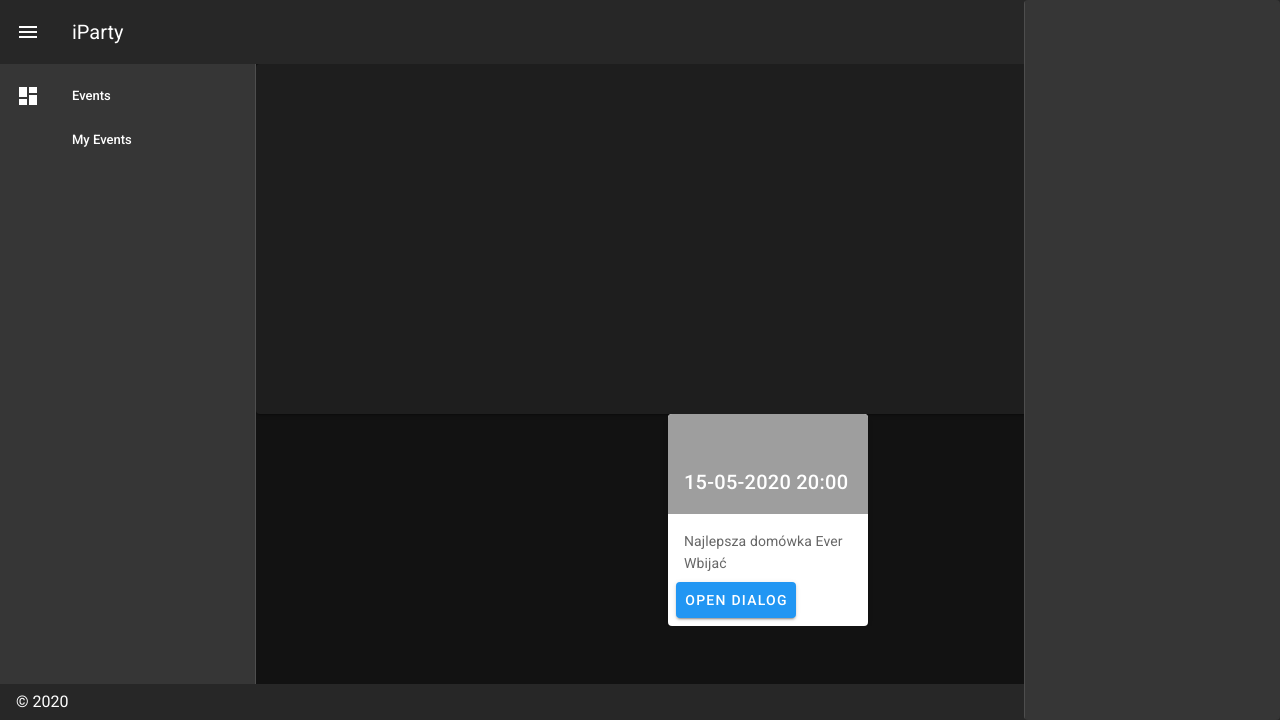
Repository: hexanek/partyapp
Page: /
An editor plug-in stored every save of this project. The page is shown before and after the next save, followed by the edit.
The browser window is 1280 px wide. The pictures show the whole page.
Pictures or frames that could not be fetched are drawn as grey boxes. The project was rebuilt for these pictures with package versions that can differ from the ones it lists, and the page was loaded fresh each time. Also part of the build but not shown: vue.config.js.

Above is the page before, as saved 2020-01-25 18:05:49.

### public/index.html
<!DOCTYPE html>
<html lang="en">
  <head>
    <meta charset="utf-8">
    <meta http-equiv="X-UA-Compatible" content="IE=edge">
    <meta name="viewport" content="width=device-width,initial-scale=1.0">
    <link rel="icon" href="<%= BASE_URL %>favicon.ico">
    <title>party-app</title>
    <link rel="stylesheet" href="https://fonts.googleapis.com/css?family=Roboto:100,300,400,500,700,900">
    <link rel="stylesheet" href="https://cdn.jsdelivr.net/npm/@mdi/font@latest/css/materialdesignicons.min.css">
  </head>
  <body>
    <noscript>
      <strong>We're sorry but party-app doesn't work properly without JavaScript enabled. Please enable it to continue.</strong>
    </noscript>
    <div id="app"></div>
    <!-- built files will be auto injected -->
  </body>
</html>

### src/main.js
import Vue from 'vue'
import App from './App.vue'
import vuetify from './plugins/vuetify';
import store from './store'
import router from './router'

Vue.config.productionTip = false

new Vue({
  vuetify,
  store,
  router,
  render: h => h(App)
}).$mount('#app')

### src/App.vue
<template>
  <v-app>


    <navbar>
    </navbar>

    <v-content>

      <v-responsive>
        <v-card height="350px">
      <v-navigation-drawer
      fixed
      permanent
      right
      ></v-navigation-drawer>
      </v-card>

      <gmap
      @clickshow = "showDetails"
      >

      </gmap>

      </v-responsive>
      </v-content>
    <Footer>

    </Footer>
  </v-app>
</template>

<script>
import Navbar from "./components/Navbar";
import Footer from "./components/Footer";
import Gmap from "./components/Gmap";

export default {
  name: "App",

  components: {
    Navbar,
    Footer,
    Gmap
  },

  data: () => ({
    //
  }),
  methods: {
    showDetails: function() {
      this.details = !this.details;
    }
  }
};
</script>

### src/plugins/vuetify.js
import Vue from 'vue';
import Vuetify from 'vuetify/lib';
import VueRouter from 'vue-router'
import * as VueGoogleMaps from 'vue2-google-maps'


Vue.use(Vuetify);
Vue.use(VueRouter);
Vue.use(VueGoogleMaps, {
    load: {
        key: 'AIzaSyB6QzBesMB_MjqmuZF1p7hpCl8gg4kMEy8',
        libraries: 'places'
    }
})

export default new Vuetify({
    theme: {
        dark: true
    }
});

### src/router/index.js
import Vue from 'vue'
import VueRouter from 'vue-router'


Vue.use(VueRouter)

const routes = [
  {
    path: '/',
    name: 'home',

  },
  {
    path: '/about',
    name: 'about',
    // route level code-splitting
    // this generates a separate chunk (about.[hash].js) for this route
    // which is lazy-loaded when the route is visited.
    //component: () => import(/* webpackChunkName: "about" */ '../views/About.vue')
  }
]

const router = new VueRouter({
  routes
})

export default router

### src/components/Navbar.vue
<template>
    <div>
        <v-navigation-drawer
      v-model="drawer"
      app
      clipped
    >
      <v-list dense>
        <v-list-item link>
          <v-list-item-action>
            <v-icon>mdi-view-dashboard</v-icon>
          </v-list-item-action>
          <v-list-item-content>
            <v-list-item-title>Events</v-list-item-title>
          </v-list-item-content>
        </v-list-item>
        <v-list-item link>
          <v-list-item-action>
            <v-icon>mdi-settings</v-icon>
          </v-list-item-action>
          <v-list-item-content>
            <v-list-item-title>My Events</v-list-item-title>
          </v-list-item-content>
        </v-list-item>
      </v-list>
    </v-navigation-drawer>
     <v-app-bar
      flat
      app
      clipped-left
    >
      <v-app-bar-nav-icon @click.stop="drawer = !drawer" />
      <v-toolbar-title>iParty</v-toolbar-title>

    </v-app-bar>
    </div>
</template>

<script>
export default {
  name: "Navbar",
  data: () => ({
    drawer: null
  })
};
</script>

<style lang="scss" scoped>
</style>

### src/components/Footer.vue
<template>
    <div>
        <v-footer app>
            <span>&copy; 2020</span>
        </v-footer>
    </div>
</template>

<script>
    export default {
        name: 'Footer',

        data: () => ({

        })
    }
</script>

<style lang="scss" scoped>

</style>

### src/components/Gmap.vue
<template>
  <div>

    <GmapMap
      :center="start"
      :zoom="10"
      map-type-id="roadmap"
      style="width: 100vw; height: 90vh"
      v-bind:options="mapStyle"
    >

      <gmap-info-window
        :options="infoOptions"
        :position="infoPosition"
        :opened="infoOpened"
        @closeclick="infoOpened = false"
      >
       <popup
       @clickshow="showdetails"
       ></popup>
      </gmap-info-window>
      <GmapMarker
        :key="key"
        v-for="(item, key) in coordinates"
        :position="getPosition(item)"
        :clickable="true"
        @click="toggleInfo(item, key)"
      />
    </GmapMap>



  </div>
</template>

<script>
import Popup from "./Popup";

export default {
  name: "Gmap",
  components: {
    Popup
  },
  data: () => ({
    detail: false,
    start: {
      lat: 54.51889,
      lng: 18.53188
    },
    coordinates: {
      0: {
        party: "Domowka",
        lat: 54.291,
        lng: 18.341
      },
      1: {
        party: "Klub",
        lat: 54.111,
        lng: 18.1
      }
    },
    infoPosition: null,
    infoContent: null,
    infoOpened: false,
    infoCurrentKey: null,
    infoOptions: {
      pixelOffset: {
        width: 0,
        height: -35
      }
    },
    mapStyle: {
      styles: [
        { elementType: "geometry", stylers: [{ color: "#242f3e" }] },
        { elementType: "labels.text.stroke", stylers: [{ color: "#242f3e" }] },
        { elementType: "labels.text.fill", stylers: [{ color: "#746855" }] },
        {
          featureType: "administrative.locality",
          elementType: "labels.text.fill",
          stylers: [{ color: "#d59563" }]
        },
        {
          featureType: "poi",
          elementType: "labels.text.fill",
          stylers: [{ color: "#d59563" }]
        },
        {
          featureType: "poi.park",
          elementType: "geometry",
          stylers: [{ color: "#263c3f" }]
        },
        {
          featureType: "poi.park",
          elementType: "labels.text.fill",
          stylers: [{ color: "#6b9a76" }]
        },
        {
          featureType: "road",
          elementType: "geometry",
          stylers: [{ color: "#38414e" }]
        },
        {
          featureType: "road",
          elementType: "geometry.stroke",
          stylers: [{ color: "#212a37" }]
        },
        {
          featureType: "road",
          elementType: "labels.text.fill",
          stylers: [{ color: "#9ca5b3" }]
        },
        {
          featureType: "road.highway",
          elementType: "geometry",
          stylers: [{ color: "#746855" }]
        },
        {
          featureType: "road.highway",
          elementType: "geometry.stroke",
          stylers: [{ color: "#1f2835" }]
        },
        {
          featureType: "road.highway",
          elementType: "labels.text.fill",
          stylers: [{ color: "#f3d19c" }]
        },
        {
          featureType: "transit",
          elementType: "geometry",
          stylers: [{ color: "#2f3948" }]
        },
        {
          featureType: "transit.station",
          elementType: "labels.text.fill",
          stylers: [{ color: "#d59563" }]
        },
        {
          featureType: "water",
          elementType: "geometry",
          stylers: [{ color: "#17263c" }]
        },
        {
          featureType: "water",
          elementType: "labels.text.fill",
          stylers: [{ color: "#515c6d" }]
        },
        {
          featureType: "water",
          elementType: "labels.text.stroke",
          stylers: [{ color: "#17263c" }]
        }
      ]
    }
  }),
  methods: {
    getPosition: function(marker) {
      return {
        lat: parseFloat(marker.lat),
        lng: parseFloat(marker.lng)
      };
    },
    toggleInfo: function(marker, key) {
      this.infoPosition = this.getPosition(marker);
      this.infoContent = marker.party;
      if (this.infoCurrentKey === key) {
        this.infoOpened = !this.infoOpened;
      } else {
        this.infoOpened = true;
        this.infoCurrentKey = key;
      }
    },
    showdetails: function() {
      this.detail = !this.detail;
    }
  }
};
</script>

<style lang="scss" scoped></style>

### src/components/Popup.vue
<template>
    <div>
        <v-card
    class="mx-auto"
    max-width="200"
    light

  >
    <v-img
      class="white--text align-end"
      height="100px"
      src="https://cdn.vuetifyjs.com/images/cards/docks.jpg"
    >
      <v-card-title>15-05-2020 20:00</v-card-title>
    </v-img>

    <v-card-subtitle class="pb-0">Najlepsza domówka Ever</v-card-subtitle>

    <v-card-text class="pb-0">
      <div>Wbijać</div>

    </v-card-text>

    <v-card-actions>
       <v-btn
      color="primary"
      dark
      @click="showdetails"
    >
      Open Dialog
    </v-btn>

    </v-card-actions>
  </v-card>

    </div>
</template>

<script>
export default {
  name: "Popup",
  components: {},
  data: () => ({
    return: {}
  }),
  methods: {
    showdetails: function() {
      this.$emit("clickshow");
    }
  }
};
</script>

<style lang="scss" scoped>
</style>

Loaded but not shown: src/store/index.js (common file)

After the next save:
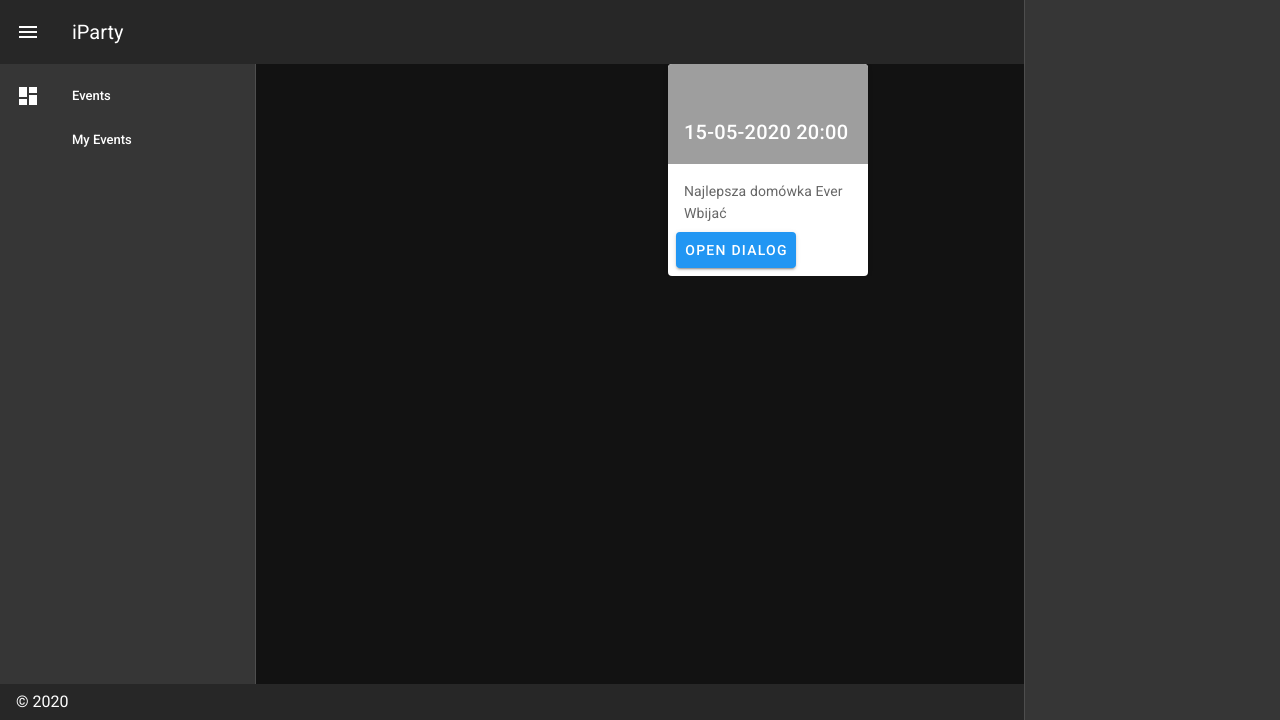
Saved 24 s later.
--- a/src/App.vue
+++ b/src/App.vue
@@ -8,13 +8,13 @@
     <v-content>
 
       <v-responsive>
-        <v-card height="350px">
+
       <v-navigation-drawer
       fixed
       permanent
       right
       ></v-navigation-drawer>
-      </v-card>
+
 
       <gmap
       @clickshow = "showDetails"
